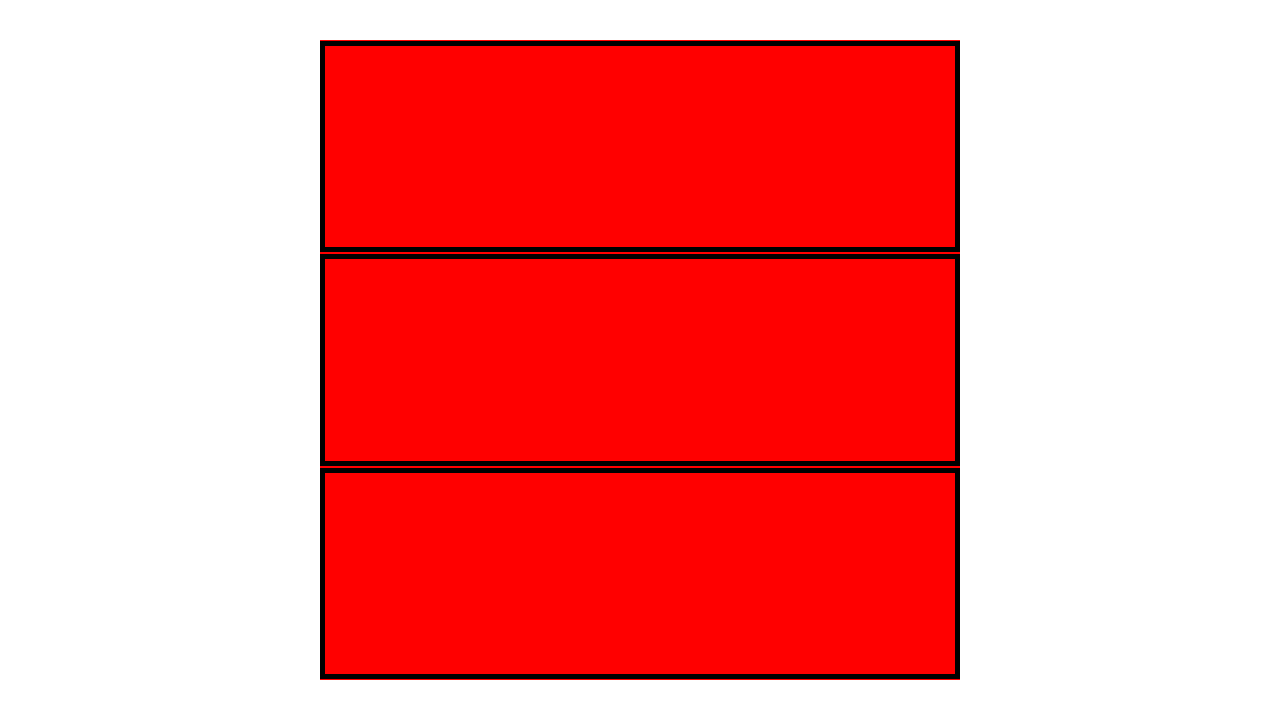
Repository: baumanmilosz/tictactoe
Page: index.html
These files come from the project's save history. The page is drawn as it stood at one moment and after the next save; the edit follows.
The browser window is 1280 px wide. The pictures show the whole page.

Above is the page before, as saved 2019-02-21 16:39:07.

### index.html
<!DOCTYPE html>
<html lang="en">

<head>
  <meta charset="UTF-8">
  <meta name="viewport" content="width=device-width, initial-scale=1.0">
  <meta http-equiv="X-UA-Compatible" content="ie=edge">
  <link rel="stylesheet" href="./style.css">
  <title>Tic Tac Toe</title>
</head>

<body>
  <div class="board">
    <div class="row">
      <div class="box"></div>
      <div class="box"></div>
      <div class="box"></div>
    </div>
    <div class="row">
      <div class="box"></div>
      <div class="box"></div>
      <div class="box"></div>
    </div>
    <div class="row">
      <div class="box"></div>
      <div class="box"></div>
      <div class="box"></div>
    </div>
  </div>

  <script src="./script.js"></script>
</body>

</html>

### style.css
* {
  margin: 0;
  padding: 0;
  box-sizing: border-box;
}

html {
  font-size: 10px;
}

body {
  position: relative;
  height: 100vh;
}

.board {
  display: flex;
  flex-wrap: wrap;
  justify-content: center;
  align-items: center;
  position: absolute;
  left: 50%;
  top: 50%;
  transform: translate(-50%, -50%);
  width: 50vw;
  height: 50vw;
  background-color: red;
}

.row {
  width: 100%;
  height: 33%;
  display: flex;
  border: 5px solid black;
  cursor: pointer;
}

.box {
  flex-basis: 33.3%;
  height: 33.3%;
}

.box.cross:before{
  content: 'X';
  font-size: 20px;
}

.box.circle::after{
  content: 'O';
  font-size: 20px;
}

### script.js
const boxes = document.querySelectorAll('.box');

let oddPlayer = true;

boxes.forEach(box => box.addEventListener('click', () => {
  if (box.classList.contains('circle') || box.classList.contains('cross')) return;
  oddPlayer ? box.classList.add('circle') : box.classList.add('cross');
  oddPlayer = !oddPlayer;
}));

After the next save:
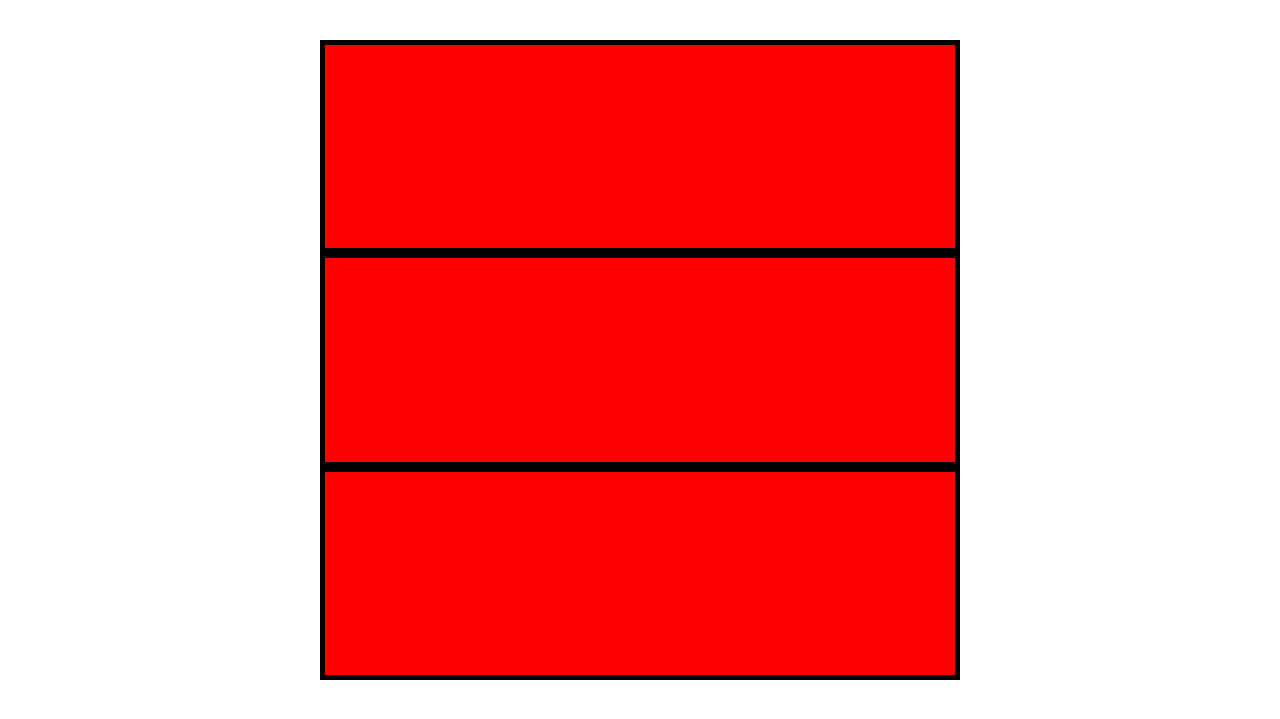
Saved 6 s later.
--- a/style.css
+++ b/style.css
@@ -29,7 +29,7 @@
 
 .row {
   width: 100%;
-  height: 33%;
+  height: 33.3%;
   display: flex;
   border: 5px solid black;
   cursor: pointer;
